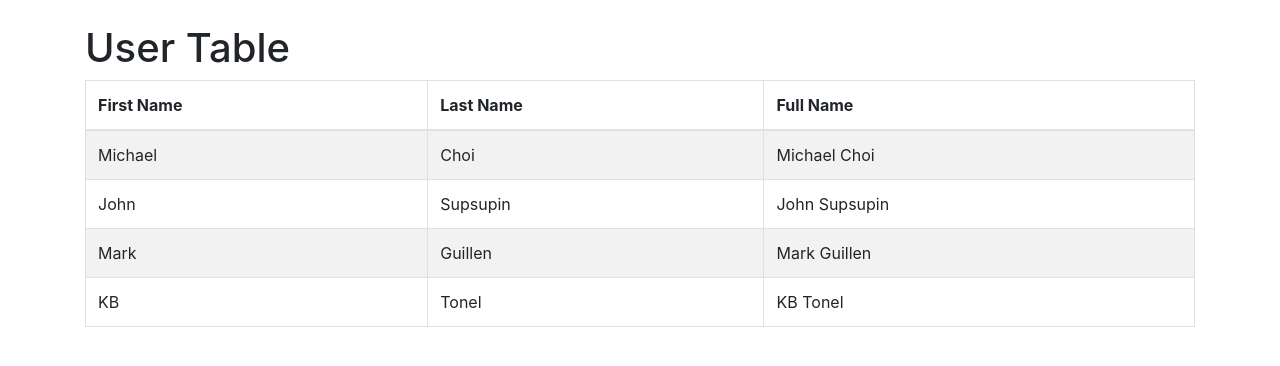
Repository: TurkiOussema54/Bootcamp-PYTHON
Page: http://localhost/
An editor plug-in stored every save of this project. The page is shown before and after the next save, followed by the edit.
The browser window is 1280 px wide. The pictures show the whole page.
The page is served by the project's application, run on Flask 3 (app.py).

Above is the page before, as saved 2023-10-03 16:58:47.

### HTML_table/templates/table.html
<!DOCTYPE html>
<html>
<head>
    <title>User Table</title>
    <!-- Link to Bootstrap CSS -->
    <link rel="stylesheet" href="https://maxcdn.bootstrapcdn.com/bootstrap/4.5.2/css/bootstrap.min.css">
</head>
<body>
    <div class="container mt-4">
        <h1>User Table</h1>
        <table class="table table-bordered table-striped">
            <thead>
                <tr>
                    <th>First Name</th>
                    <th>Last Name</th>
                    <th>Full Name</th>
                </tr>
            </thead>
            <tbody>
                {% for user in users %}
                    <tr>
                        <td>{{ user['first_name'] }}</td>
                        <td>{{ user['last_name'] }}</td>
                        <td>{{ user['first_name'] }} {{ user['last_name'] }}</td>
                    </tr>
                {% endfor %}
            </tbody>
        </table>
    </div>
</body>
</html>

### HTML_table/app.py
from flask import Flask, render_template

app = Flask(__name__)

# Define the users list
users = [
   {'first_name' : 'Michael', 'last_name' : 'Choi'},
   {'first_name' : 'John', 'last_name' : 'Supsupin'},
   {'first_name' : 'Mark', 'last_name' : 'Guillen'},
   {'first_name' : 'KB', 'last_name' : 'Tonel'}
]

@app.route('/')
def display_table():
    return render_template('table.html', users=users)

if __name__ == '__main__':
    app.run(debug=True)

After the next save:
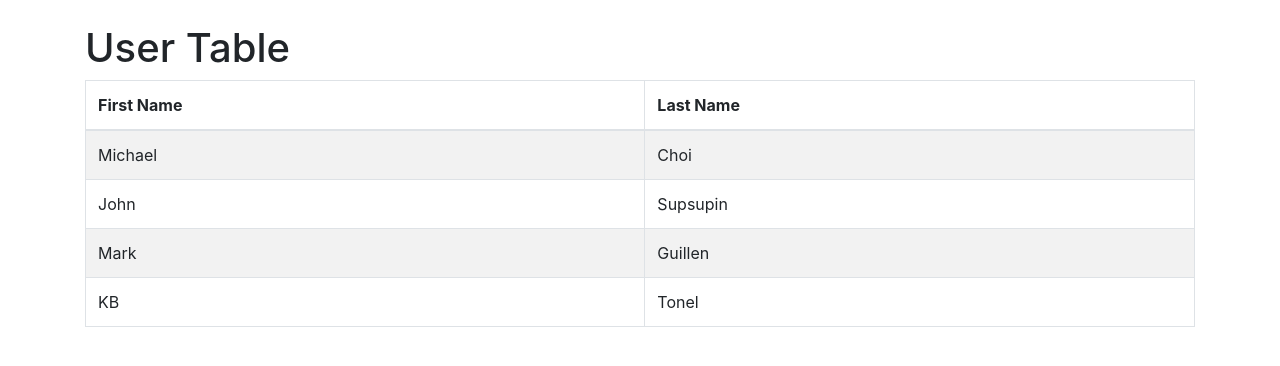
Saved 42 s later.
--- a/HTML_table/templates/table.html
+++ b/HTML_table/templates/table.html
@@ -13,7 +13,6 @@
                 <tr>
                     <th>First Name</th>
                     <th>Last Name</th>
-                    <th>Full Name</th>
                 </tr>
             </thead>
             <tbody>
@@ -21,7 +20,6 @@
                     <tr>
                         <td>{{ user['first_name'] }}</td>
                         <td>{{ user['last_name'] }}</td>
-                        <td>{{ user['first_name'] }} {{ user['last_name'] }}</td>
                     </tr>
                 {% endfor %}
             </tbody>
